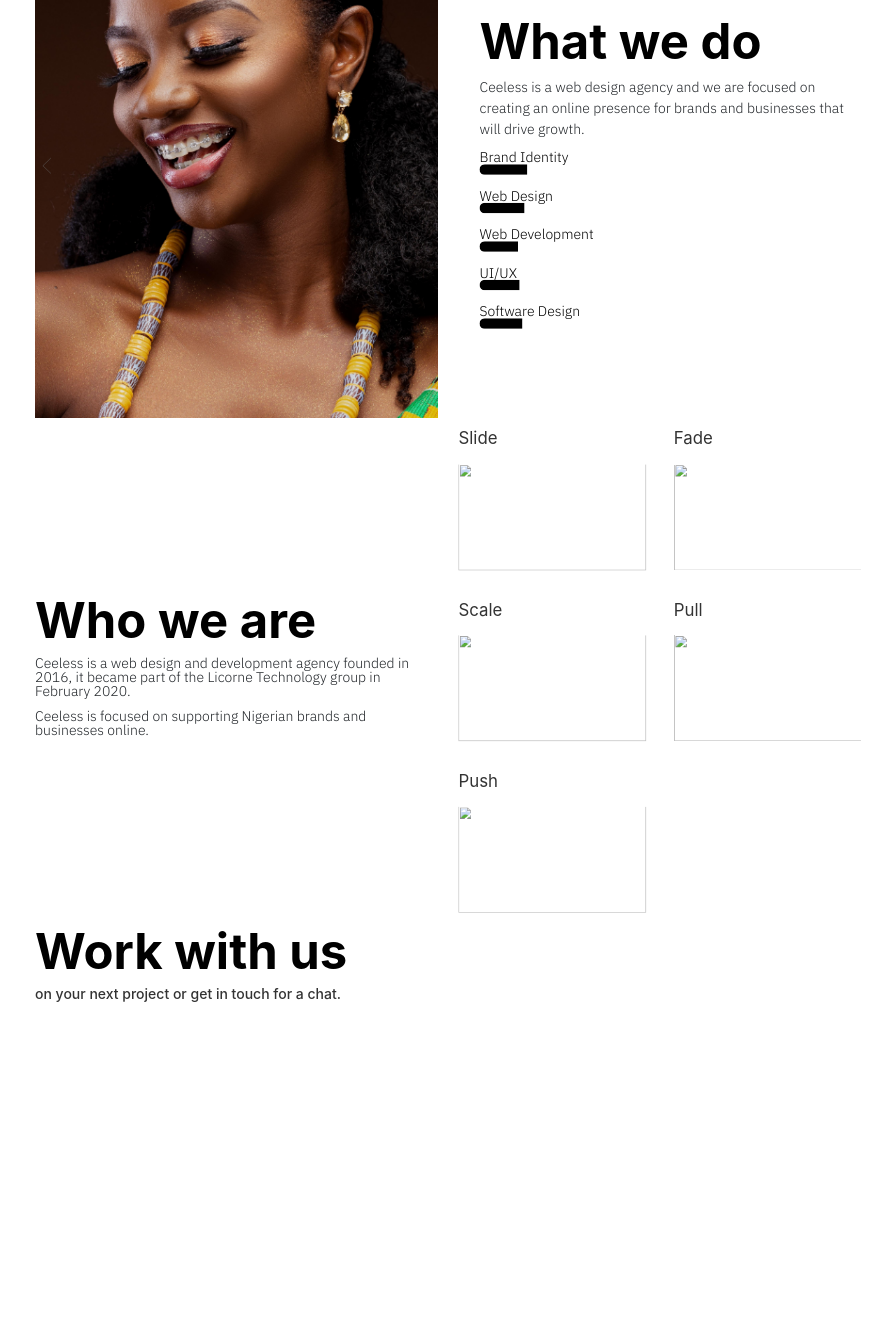
Repository: Licorne-Technologies/Ceeless-v2
Page: index.html
An editor plug-in stored every save of this project. The page is shown before and after the next save, followed by the edit.
The browser window is 1280 px wide. The pictures show the part of the page from y = 934 to 2854 px (the page is 3037 px tall), at 70% of full size.
Some web libraries are served in a nearby version. The style sheet was rebuilt from its Sass, Less or Tailwind sources for each picture, by a compiler version that may differ from the author's.

Above is the page before, as saved 2020-06-15 13:36:19.
Not found: images/dark.jpg
Not found: images/light.jpg
Not found: images/photo.jpg

After the next save:
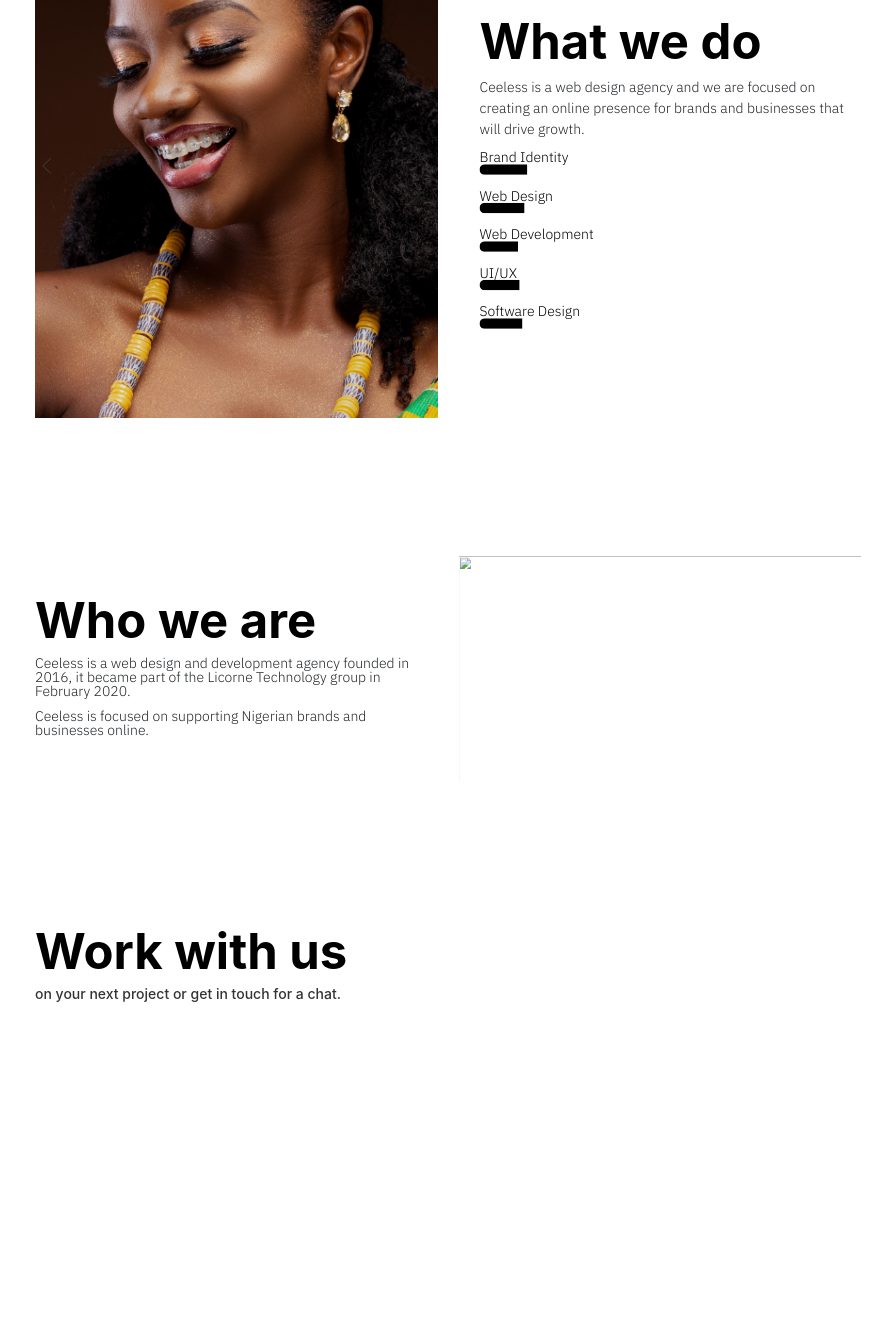
Saved 99 s later.
--- a/index.html
+++ b/index.html
@@ -154,128 +154,24 @@
             </div>
             <div class="col">
                 <div class="teamGallery">
-                    <div class="uk-child-width-1-2@m" uk-grid>
-    <div>
-
-        <div class="uk-h3">Slide</div>
-
-        <div class="uk-position-relative uk-visible-toggle uk-light" tabindex="-1" uk-slideshow>
-
-            <ul class="uk-slideshow-items">
-                <li>
-                    <img src="images/photo.jpg" alt="" uk-cover>
-                </li>
-                <li>
-                    <img src="images/dark.jpg" alt="" uk-cover>
-                </li>
-                <li>
-                    <img src="images/light.jpg" alt="" uk-cover>
-                </li>
-            </ul>
-
-            <a class="uk-position-center-left uk-position-small uk-hidden-hover" href="#" uk-slidenav-previous uk-slideshow-item="previous"></a>
-            <a class="uk-position-center-right uk-position-small uk-hidden-hover" href="#" uk-slidenav-next uk-slideshow-item="next"></a>
-
-        </div>
-
-    </div>
-    <div>
-
-        <div class="uk-h3">Fade</div>
-
-        <div class="uk-position-relative uk-visible-toggle uk-light" tabindex="-1" uk-slideshow="animation: fade">
-
-            <ul class="uk-slideshow-items">
-                <li>
-                    <img src="images/photo.jpg" alt="" uk-cover>
-                </li>
-                <li>
-                    <img src="images/dark.jpg" alt="" uk-cover>
-                </li>
-                <li>
-                    <img src="images/light.jpg" alt="" uk-cover>
-                </li>
-            </ul>
-
-            <a class="uk-position-center-left uk-position-small uk-hidden-hover" href="#" uk-slidenav-previous uk-slideshow-item="previous"></a>
-            <a class="uk-position-center-right uk-position-small uk-hidden-hover" href="#" uk-slidenav-next uk-slideshow-item="next"></a>
-
-        </div>
-
-    </div>
-    <div>
-
-        <div class="uk-h3">Scale</div>
-
-        <div class="uk-position-relative uk-visible-toggle uk-light" tabindex="-1" uk-slideshow="animation: scale">
-
-            <ul class="uk-slideshow-items">
-                <li>
-                    <img src="images/photo.jpg" alt="" uk-cover>
-                </li>
-                <li>
-                    <img src="images/dark.jpg" alt="" uk-cover>
-                </li>
-                <li>
-                    <img src="images/light.jpg" alt="" uk-cover>
-                </li>
-            </ul>
-
-            <a class="uk-position-center-left uk-position-small uk-hidden-hover" href="#" uk-slidenav-previous uk-slideshow-item="previous"></a>
-            <a class="uk-position-center-right uk-position-small uk-hidden-hover" href="#" uk-slidenav-next uk-slideshow-item="next"></a>
-
-        </div>
-
-    </div>
-    <div>
-
-        <div class="uk-h3">Pull</div>
-
-        <div class="uk-position-relative uk-visible-toggle uk-light" tabindex="-1" uk-slideshow="animation: pull">
-
-            <ul class="uk-slideshow-items">
-                <li>
-                    <img src="images/photo.jpg" alt="" uk-cover>
-                </li>
-                <li>
-                    <img src="images/dark.jpg" alt="" uk-cover>
-                </li>
-                <li>
-                    <img src="images/light.jpg" alt="" uk-cover>
-                </li>
-            </ul>
-
-            <a class="uk-position-center-left uk-position-small uk-hidden-hover" href="#" uk-slidenav-previous uk-slideshow-item="previous"></a>
-            <a class="uk-position-center-right uk-position-small uk-hidden-hover" href="#" uk-slidenav-next uk-slideshow-item="next"></a>
-
-        </div>
-
-    </div>
-    <div>
-
-        <div class="uk-h3">Push</div>
-
-        <div class="uk-position-relative uk-visible-toggle uk-light" tabindex="-1" uk-slideshow="animation: push">
-
-            <ul class="uk-slideshow-items">
-                <li>
-                    <img src="images/photo.jpg" alt="" uk-cover>
-                </li>
-                <li>
-                    <img src="images/dark.jpg" alt="" uk-cover>
-                </li>
-                <li>
-                    <img src="images/light.jpg" alt="" uk-cover>
-                </li>
-            </ul>
-
-            <a class="uk-position-center-left uk-position-small uk-hidden-hover" href="#" uk-slidenav-previous uk-slideshow-item="previous"></a>
-            <a class="uk-position-center-right uk-position-small uk-hidden-hover" href="#" uk-slidenav-next uk-slideshow-item="next"></a>
-
-        </div>
-
-    </div>
-</div>
+                    <div class="uk-position-relative uk-visible-toggle uk-light" tabindex="-1" uk-slideshow="animation: fade">
+
+                        <ul class="uk-slideshow-items">
+                            <li>
+                                <img src="images/photo.jpg" alt="" uk-cover>
+                            </li>
+                            <li>
+                                <img src="images/dark.jpg" alt="" uk-cover>
+                            </li>
+                            <li>
+                                <img src="images/light.jpg" alt="" uk-cover>
+                            </li>
+                        </ul>
+
+                        <a class="uk-position-center-left uk-position-small uk-hidden-hover" href="#" uk-slidenav-previous uk-slideshow-item="previous"></a>
+                        <a class="uk-position-center-right uk-position-small uk-hidden-hover" href="#" uk-slidenav-next uk-slideshow-item="next"></a>
+
+                    </div>
                 </div>
             </div>
         </div>
